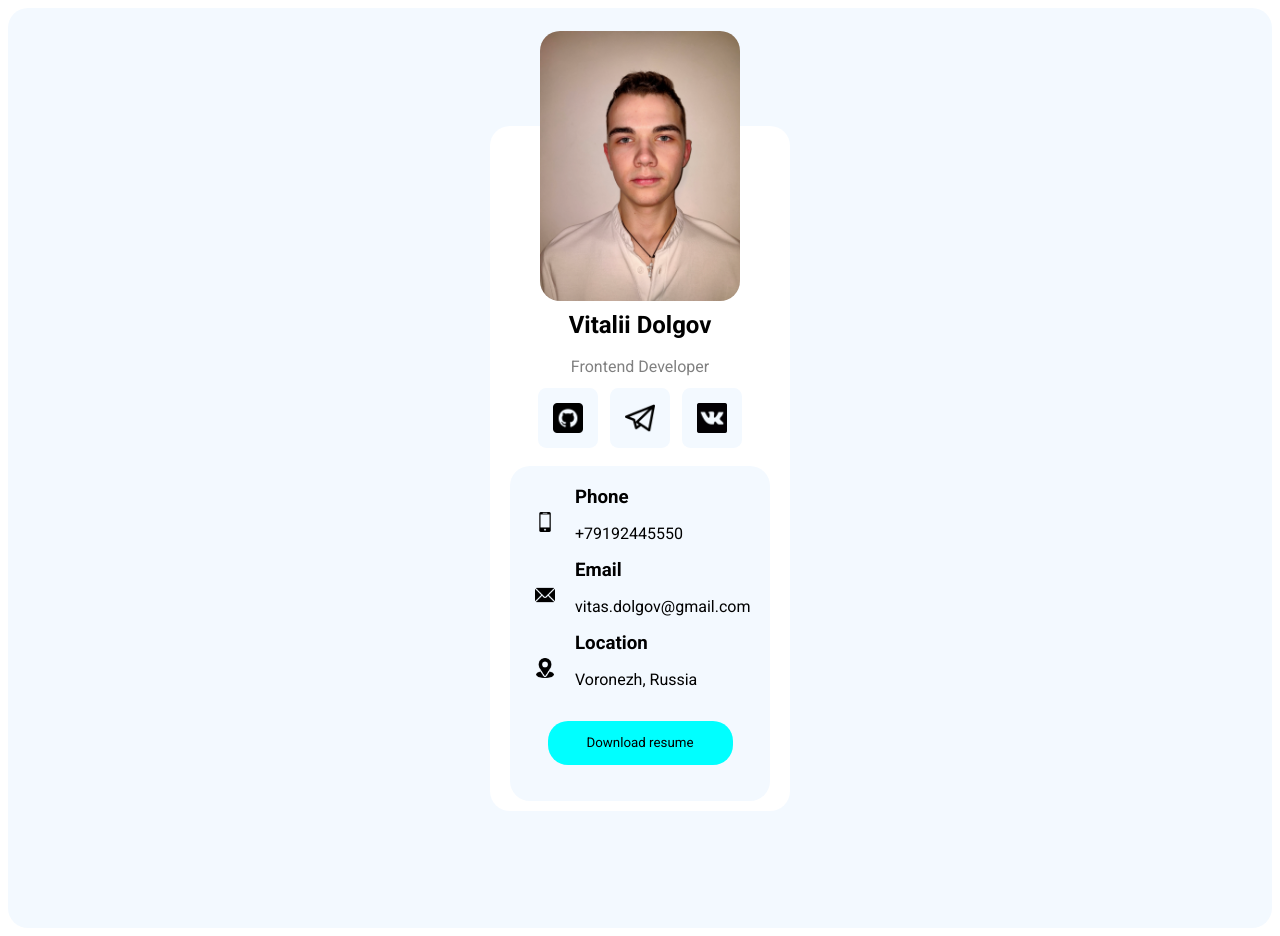
Repository: VitasYo/User_card
Page: src/index.html
These files come from the project's save history. The page is drawn as it stood at one moment and after a run of saves; the edit follows.
The browser window is 1280 px wide. The pictures show the whole page.

Above is the page before, as saved 2024-04-10 00:05:45.

After the next 2 saves:
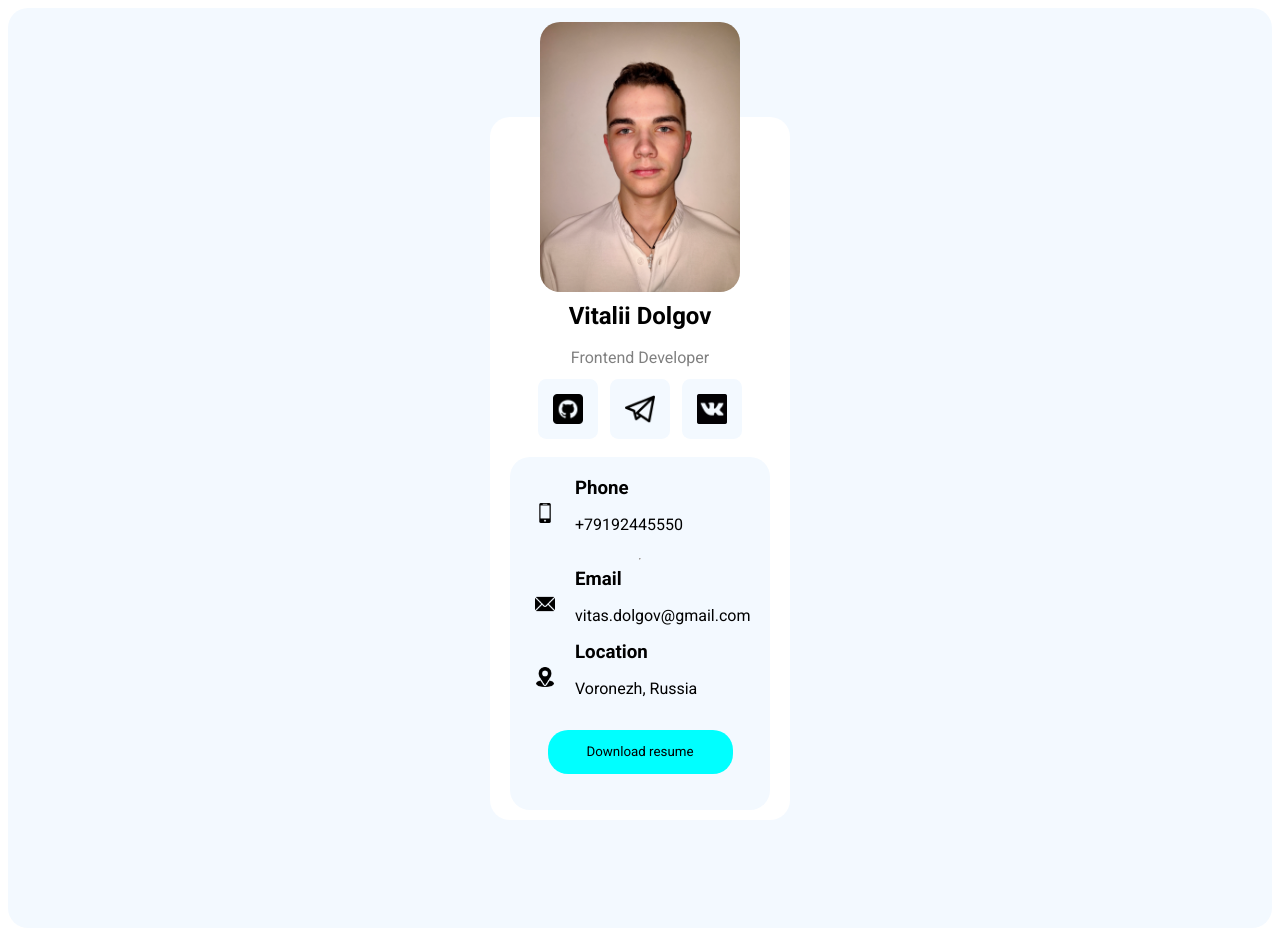
The 2 saves are shown as one change because they came seconds apart.
The last was saved 74 s later.
--- a/src/index.html
+++ b/src/index.html
@@ -34,7 +34,7 @@
               <div><p>+79192445550</p></div>
             </div>
           </div>
-          <div class="stripe"></div>
+          <hr class="stripe"></hr>
           <div class="items_string">
             <img class="card_icon" src="../assets/img/email.png" />
             <div class="card_info">
